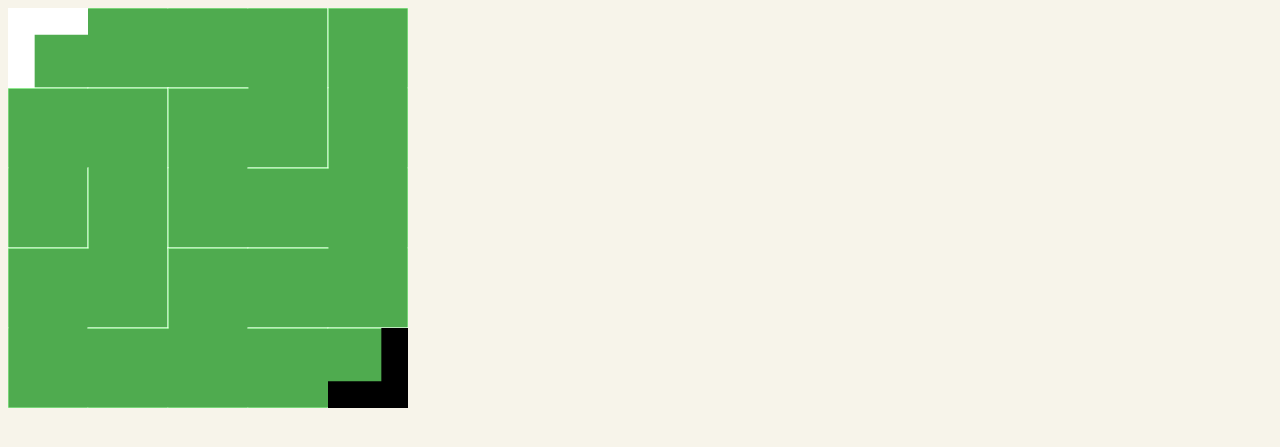
Repository: animarcus/maze-generator
Page: index.html
An editor plug-in stored every save of this project. The page is shown before and after the next save, followed by the edit.
The browser window is 1280 px wide. The pictures show the whole page.
Some web libraries are served in a nearby version.

Above is the page before, as saved 2020-09-12 18:02:05.

### index.html
<!DOCTYPE html>
<html lang="en">
<head>
  <link rel="apple-touch-icon" sizes="180x180" href="/icons/apple-touch-icon.png">
  <link rel="icon" type="image/png" sizes="32x32" href="/icons/favicon-32x32.png">
  <link rel="icon" type="image/png" sizes="16x16" href="/icons/favicon-16x16.png">
  <link rel="manifest" href="/icons/site.webmanifest">
  <link rel="mask-icon" href="/icons/safari-pinned-tab.svg" color="#5bbad5">
  <link rel="shortcut icon" href="/icons/favicon.ico">
  <meta name="msapplication-TileColor" content="#da532c">
  <meta name="msapplication-config" content="/icons/browserconfig.xml">
  <meta name="theme-color" content="#ffffff">

  <script type="text/javascript" src="https://cdn.jsdelivr.net/npm/p5@1.1.4/lib/p5.min.js"></script>
  <script src="js/cell.js"></script>
  <script src="js/sketch.js"></script>
  <script src="js/solver.js"></script>


  <link rel="stylesheet" href="css/style.css">
  <meta charset="UTF-8">
  <meta name="viewport" content="width=device-width, initial-scale=1.0, maximum-scale=1.0, user-scalable=0">
  <title>Maze Generator</title>
</head>
<body>
</body>
</html>

### js/cell.js
class Cell {
  constructor(i, j) {
    this.i = i;
    this.j = j;
    this.walls = [true,true,true,true];
    this.visited = false;
  }
  checkNeighbors() {
    let neighbors = [];
    // console.log(index(i+1  , j   ));
    let top     = grid[index(this.i    , this.j-1 )];
    let right   = grid[index(this.i+1  , this.j   )];
    let bottom  = grid[index(this.i    , this.j +1)];
    let left    = grid[index(this.i-1  , this.j   )];
    if (top && !top.visited) {
      neighbors.push(top);
    }
    if (right && !right.visited) {
      neighbors.push(right);
    }
    if (bottom && !bottom.visited) {
      neighbors.push(bottom);
    }
    if (left && !left.visited) {
      neighbors.push(left);
    }
    if (neighbors.length > 0) {
      let r = floor(Math.random() * neighbors.length);
      return neighbors[r];
    } else {
      return undefined;
    }
  }
  highlight() {
    let x = this.i * w;
    let y = this.j * w;
    fill(150, 0, 0, 255);
    noStroke();
    rect(x, y, w, w);
  }
  show() {
    let x = this.i*w;
    let y = this.j*w;
    stroke(255);
    if (this.walls[0]) {
      line(x,y,x+w,y);
    }
    if (this.walls[1]) {
      line(x+w,y,x+w,y+w);
    }
    if (this.walls[2]) {
      line(x+w,y+w,x,y+w);
    }
    if (this.walls[3]) {
      line(x,y+w,x,y);
    }
    if (this.visited) {
      noStroke();
      fill(100, 255, 100, 150);
      rect(x, y, w, w);
    }
  }
}

### js/sketch.js



let cols, rows;
let w = 80;
let grid = [];
let current;
let stack = [new Cell(0, 0)];

let generated;
let solveOK;


function setup() {
  createCanvas(400,400);
  cols = floor(width/w);
  rows = floor(width/w);

  // frameRate(7);

  generated = false;
  solveOK = false;

  for (let j = 0; j < rows; j++) {
    for (let i = 0; i < cols; i++) {
      let cell = new Cell(i,j);
      grid.push(cell);
    }
  }
  current = grid[0];
}

function draw() {
  background(51);
  for (let i = 0; i < grid.length; i++) {
    grid[i].show();
  }
  if (!generated) {
    maze.generateMaze();
  } else if (solveOK) {
    maze.solveMaze();
  }
}


let maze = {
  generateMaze : function() {
    current.visited = true;
    current.highlight();
    let next = current.checkNeighbors();
    // console.log(stack);
    if (next) {
      next.visited = true;
      //step 2
      stack.push(next);
      //step 3
      removeWalls(current, next);
      //step 4
      current = next;
    } else if (stack.length > 0) {
      current = stack.pop();
      if (stack.length == 0) {
        frameRate(3);
        // console.log("no");
        solver = new Solver(0, 0);
        generated = true;

        solveOK = true;
      }
    }
  },
  solveMaze : function() {
    // grid[0].highlight();
    noStroke();
    fill(color("white"));
    rect(grid[0].i, grid[0].j, w/3, w);
    rect(grid[0].i, grid[0].j, w, w/3);
    fill(color("black"));
    rect(grid[grid.length-1].i*w + w, grid[grid.length-1].j*w + w, -w/3, -w);
    rect(grid[grid.length-1].i*w + w, grid[grid.length-1].j*w + w, -w, -w/3);

    fill(color("red"));
    // rect(solver.i+w/10,solver.j+w/10,w-w/5,w-w/5);
    solver.draw();
    solver.move();
  }
};


function index(i, j) {
  if (i < 0 || j < 0 || i > cols-1 || j > rows-1) {
    return -1;
  }
  return i + j * cols;
}


function removeWalls(a, b) {
  let x = a.i - b.i;
  if (x === 1) {
    a.walls[3] = false;
    b.walls[1] = false;
  } else if (x == -1) {
    a.walls[1] = false;
    b.walls[3] = false;
  }

  let y = a.j - b.j;
  if (y === 1) {
    a.walls[0] = false;
    b.walls[2] = false;
  } else if (y === -1) {
    a.walls[2] = false;
    b.walls[0] = false;
  }

}

### js/solver.js
let facing;
class Solver {
  constructor(x, y) {
    this.i = x;
    this.j = y;
    this.direction = 1; // up-right-down-left
  }
  draw() {
    this.current = grid[index(this.i, this.j)];

    fill(color("red"));
    let x = this.i*w;
    let y = this.j*w;

    if (this.direction % 4 === 0) {
      this.facing = grid[index(this.i, this.j-1)];
      rect(x + w/2-w/8, y + w/2, w/4, -w/2);
    } else if (this.direction % 4 === 1) {
      rect(x + w/2, y + w/2-w/8, w/2, w/4);
      this.facing = grid[index(this.i+1, this.j)];
    } else if (this.direction % 4 === 2) {
      rect(x + w/2-w/8, y + w/2, w/4, w/2);
      this.facing = grid[index(this.i, this.j+1)];
    } else if (this.direction % 4 === 3) {
      rect(x + w/2, y + w/2-w/8, -w/2, w/4);
      this.facing = grid[index(this.i-1, this.j)];
    }
    if (this.facing === undefined) {
      console.log("boop");
      this.facing = {"walls" : [true, true, true, true]};
    }
  }
  move() {
    console.log(this.current.walls);
    if (this.current.walls[1]) {
      if (this.current.walls[2]) {
        this.direction += 1;
      } else if (this.current.walls[0]) {
        this.direction -= 1;
      } else {
        this.direction += 2;
      }
    } else {
      this.i = this.facing.i;
      this.j = this.facing.j;
    }
    // up wall check : this.current.walls[0] && this.facing.walls[2]
    // right wall check : this.current.walls[1] && this.facing.walls[3]
    // down wall check : this.current.walls[2] && this.facing.walls[0]
    // left wall check : this.current.walls[3] && this.facing.walls[1]
  }
}

### css/style.css
* {
  cursor: default;
  /* -webkit-touch-callout: none;
  -webkit-user-select: none;
  -khtml-user-select: none;
  -moz-user-select: none;
  -ms-user-select: none;
  user-select: none; */
}
body {
  background: #f7f4ea;
  height: 100%;
  overflow-y: hidden;
  overflow-x: hidden;
  /* border-radius: 50%; */
}

/* p {
  position: absolute;
  top:50%;
  left:50%;
  transform: translate(-50%,-50%);
} */

After the next save:
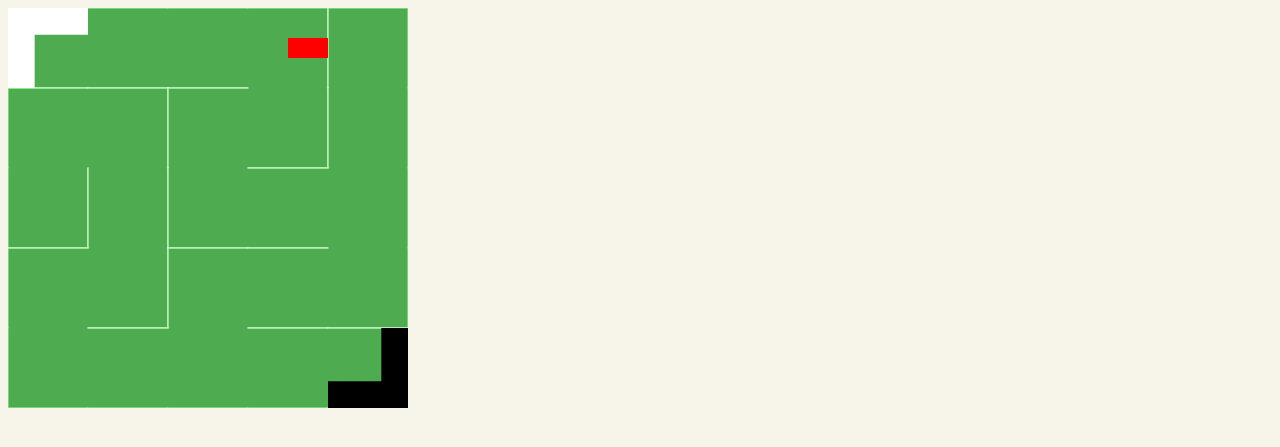
Saved 34 s later.
--- a/js/solver.js
+++ b/js/solver.js
@@ -34,9 +34,9 @@ class Solver {
     console.log(this.current.walls);
     if (this.current.walls[1]) {
       if (this.current.walls[2]) {
+        this.direction -= 1;
+      } else if (this.current.walls[0]) {
         this.direction += 1;
-      } else if (this.current.walls[0]) {
-        this.direction -= 1;
       } else {
         this.direction += 2;
       }
